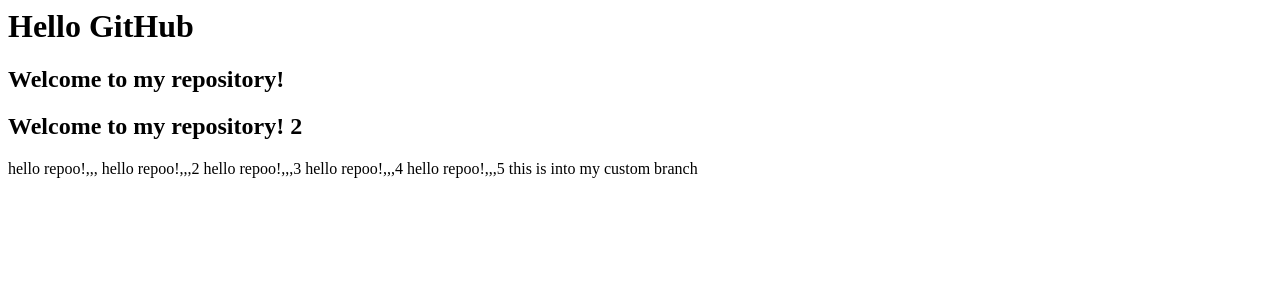
Repository: manoj-991/geeky_16
Page: index.html
An editor plug-in stored every save of this project. The page is shown before and after the next save, followed by the edit.
The browser window is 1280 px wide. The pictures show the whole page.

Above is the page before, as saved 2026-04-24 11:25:53.

After the next save:
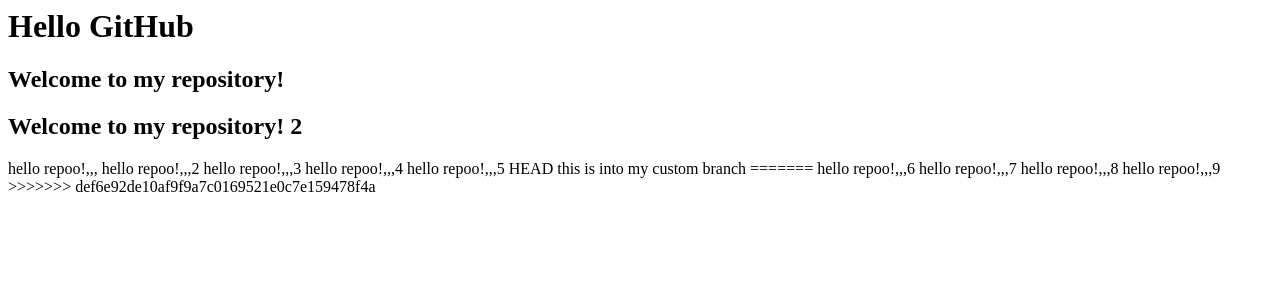
Saved 5 min 44 s later.
--- a/index.html
+++ b/index.html
@@ -6,4 +6,11 @@
 hello repoo!,,,3
 hello repoo!,,,4
 hello repoo!,,,5
+ HEAD
 this is into my custom branch
+=======
+hello repoo!,,,6
+hello repoo!,,,7
+hello repoo!,,,8
+hello repoo!,,,9
+>>>>>>> def6e92de10af9f9a7c0169521e0c7e159478f4a
